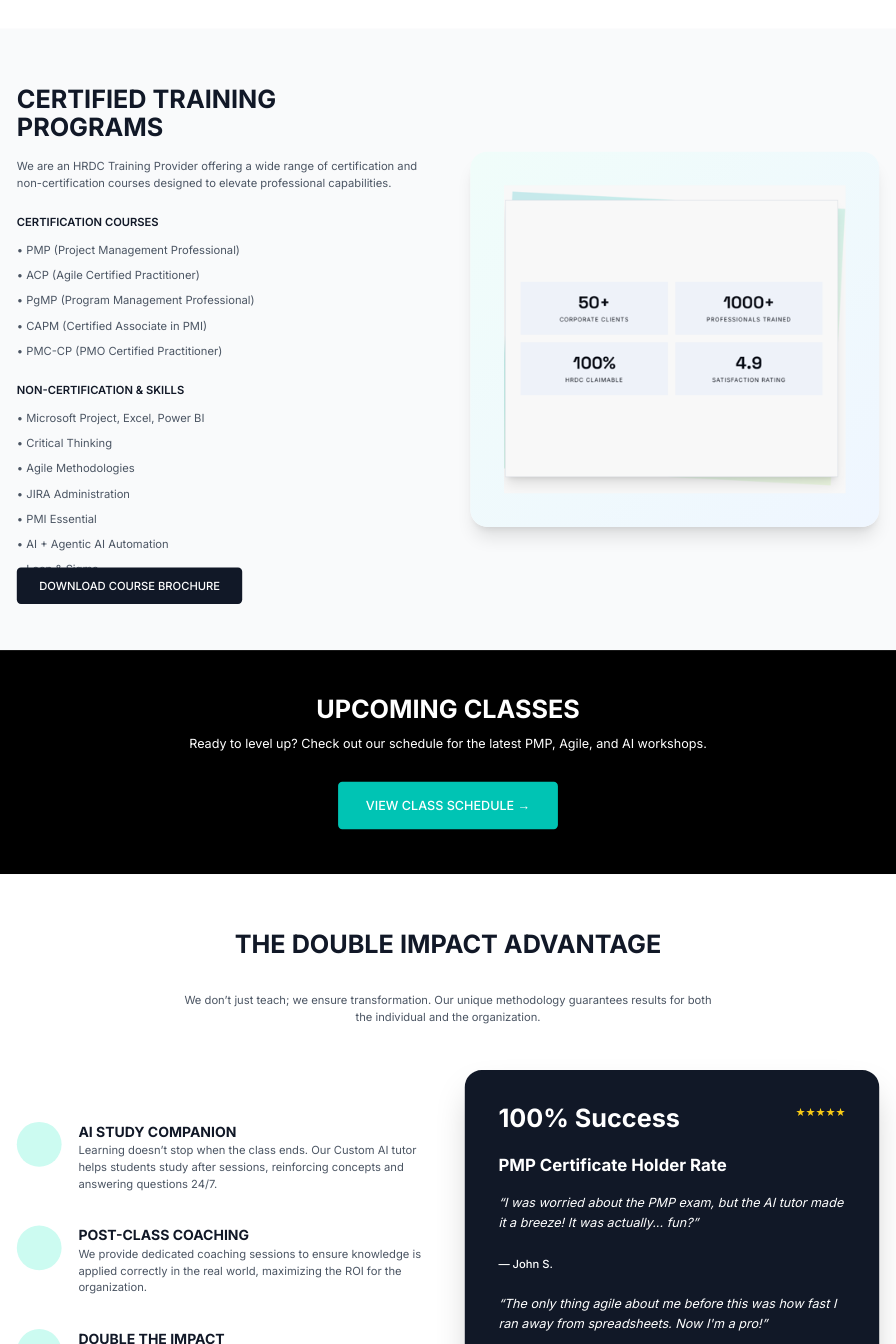
Repository: hsuntariq/web-pages
Page: impact/index.html
The author's editor kept a copy of each file at every save. The page is drawn from the files as they stood at one save, then again after the next save.
The browser window is 1280 px wide. The pictures show the part of the page from y = 1324 to 3244 px (the page is 4097 px tall before and 4049 px after), at 70% of full size.
Some web libraries are served in a nearby version.

Above is the page before, as saved 2025-12-28 20:32:58.

After the next save:
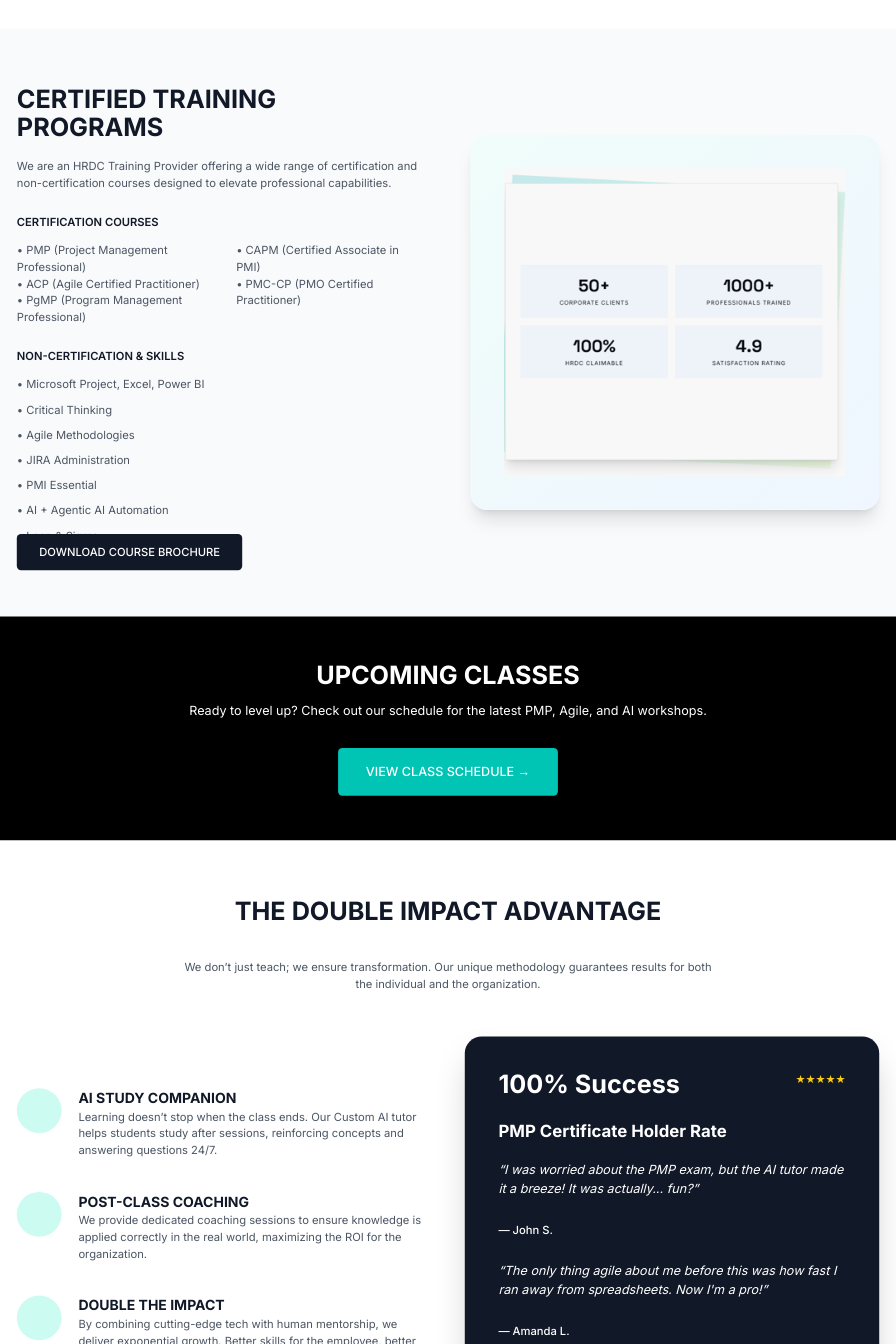
Saved 38 s later.
--- a/impact/index.html
+++ b/impact/index.html
@@ -223,11 +223,17 @@
             <div>
               <h4 class="font-semibold mb-4">CERTIFICATION COURSES</h4>
               <ul class="space-y-3 text-gray-600">
-                <li>• PMP (Project Management Professional)</li>
-                <li>• ACP (Agile Certified Practitioner)</li>
-                <li>• PgMP (Program Management Professional)</li>
-                <li>• CAPM (Certified Associate in PMI)</li>
-                <li>• PMC-CP (PMO Certified Practitioner)</li>
+                <div class="flex justify-between">
+                  <div class="">
+                    <li>• PMP (Project Management Professional)</li>
+                    <li>• ACP (Agile Certified Practitioner)</li>
+                    <li>• PgMP (Program Management Professional)</li>
+                  </div>
+                  <div class="">
+                    <li>• CAPM (Certified Associate in PMI)</li>
+                    <li>• PMC-CP (PMO Certified Practitioner)</li>
+                  </div>
+                </div>
               </ul>
             </div>
             <div>
